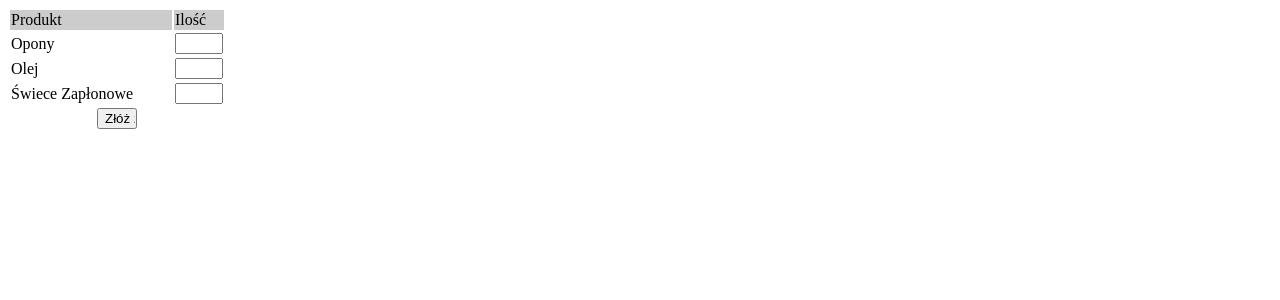
Repository: gabr/workspace
Page: php 001 - formularz/formularz.html
An editor plug-in stored every save of this project. The page is shown before and after the next save, followed by the edit.
The browser window is 1280 px wide. The pictures show the whole page.

Above is the page before, as saved 2013-02-22 21:45:17.

After the next save:
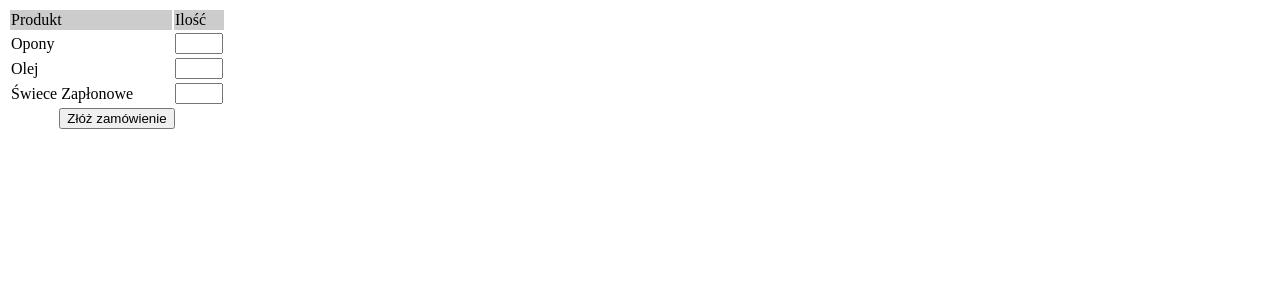
Saved 11 s later.
--- a/php 001 - formularz/formularz.html
+++ b/php 001 - formularz/formularz.html
@@ -25,7 +25,7 @@
 		</tr>
 		<tr>
 			<td colspan="2" align="center">
-				<input type="submit" value="Złóż zamówienie" />
+				<input id="przycisk" type="submit" value="Złóż zamówienie" />
 			</td>
 		</tr>
 	</table>
